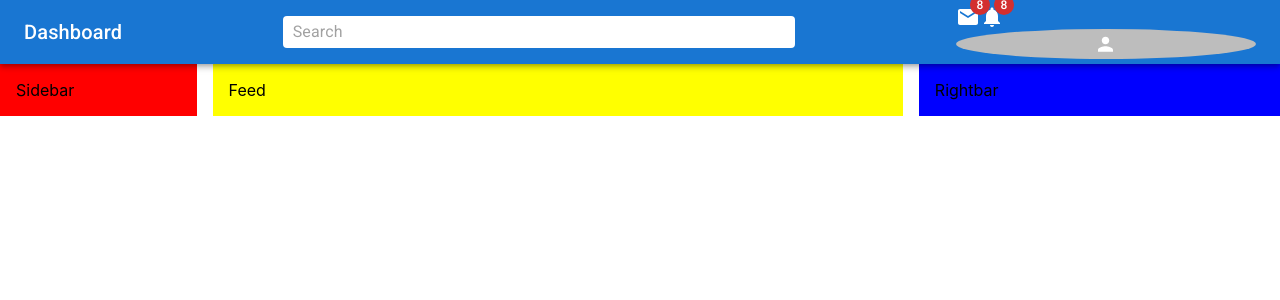
Repository: abubaker-cs/mui5_dashboard
Page: /
The author's editor kept a copy of each file at every save. The page is drawn from the files as they stood at one save, then again after the next save.
The browser window is 1280 px wide. The pictures show the whole page.
The project was rebuilt for these pictures with package versions that can differ from the ones it lists, and the page was loaded fresh each time. Also part of the build but not shown: src/App.css.

Above is the page before, as saved 2022-07-17 06:22:45.

After the next save:
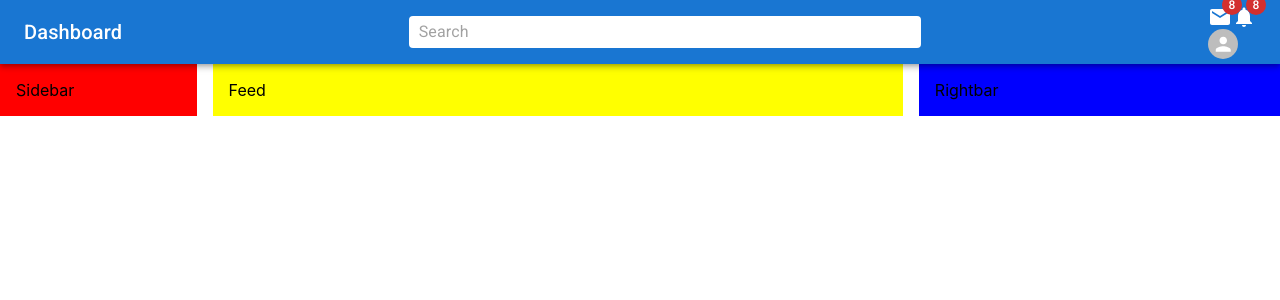
Saved 13 s later.
--- a/src/components/Navbar.jsx
+++ b/src/components/Navbar.jsx
@@ -60,7 +60,7 @@ const Navbar = () => {
           <Badge badgeContent={8} color="error">
             <Notifications />
           </Badge>
-          <Avatar sx={{ width: 300, height: 30 }} src="" />
+          <Avatar sx={{ width: 30, height: 30 }} src="" />
         </Icons>
       </StyledToolbar>
     </AppBar>
